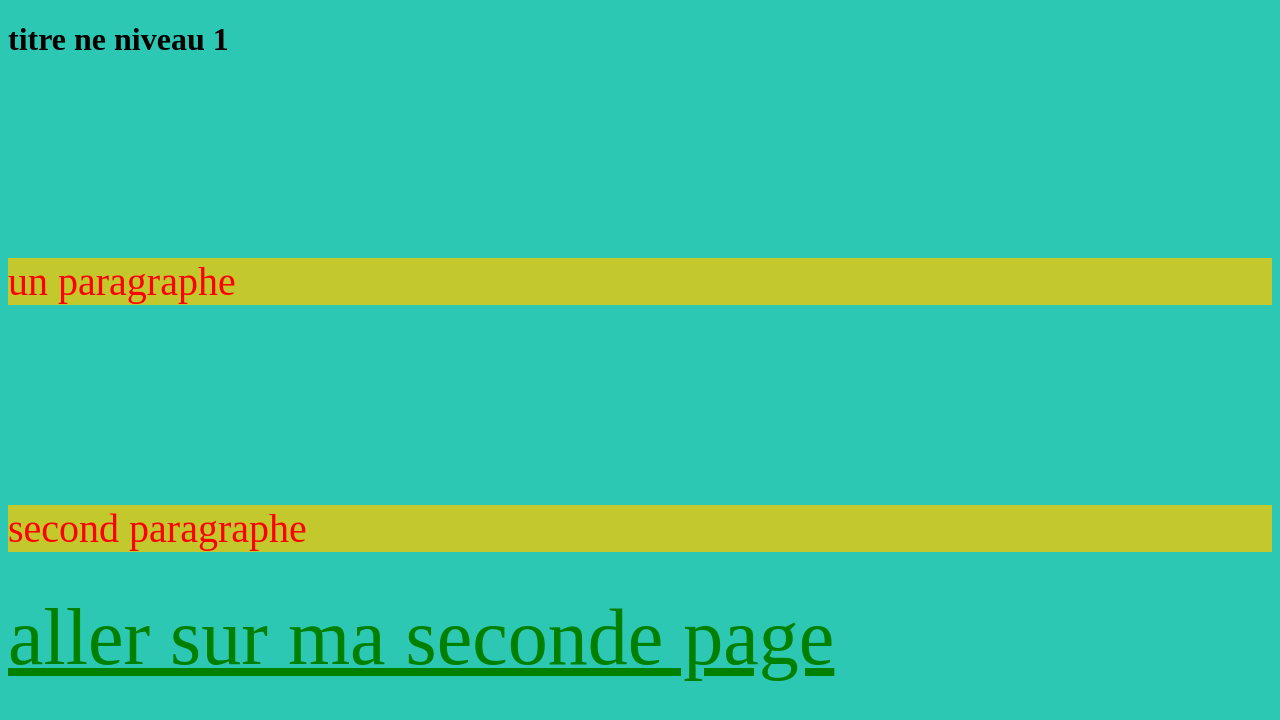
Repository: Poulpyto/fitec
Page: workspaceHtmlFlo/PremierTp_htmlCss/WebContent/htmlEtCss.html
The author's editor kept a copy of each file at every save. The page is drawn from the files as they stood at one save, then again after the next save.
The browser window is 1280 px wide. The pictures show the whole page.

Above is the page before, as saved 2017-04-03 12:47:57.

### workspaceHtmlFlo/PremierTp_htmlCss/WebContent/htmlEtCss.html
<!DOCTYPE html>
<html>
	<head>
		<meta charset="UTF-8">
		<title>HTML et CSS</title>
		<link rel="stylesheet" href="css/style.css" />
	</head>
	<body>
		<h1>titre ne niveau 1</h1>
		<p>un paragraphe</p>
		<p>second paragraphe</p>
		<a href="C:\Users\Stagiaire\Desktop\workspaceHtmlFlo\PremierTp\WebContent\NewFile.html">aller sur ma seconde page</a>
	</body>
</html>

### workspaceHtmlFlo/PremierTp_htmlCss/WebContent/css/style.css
@CHARSET "UTF-8";

body{
	background-color: #2CC8B4;
}

p{
	background-color: #C3C82C;/*couleur de fond*/
	font-family: cursive;/*type de police*/
	font-size: 40px;/*taille police*/
	color: red;/*couleur decriture*/
	margin-top: 200px;
}

a{
	color: green;
	font-size: 500%;
}

After the next save:
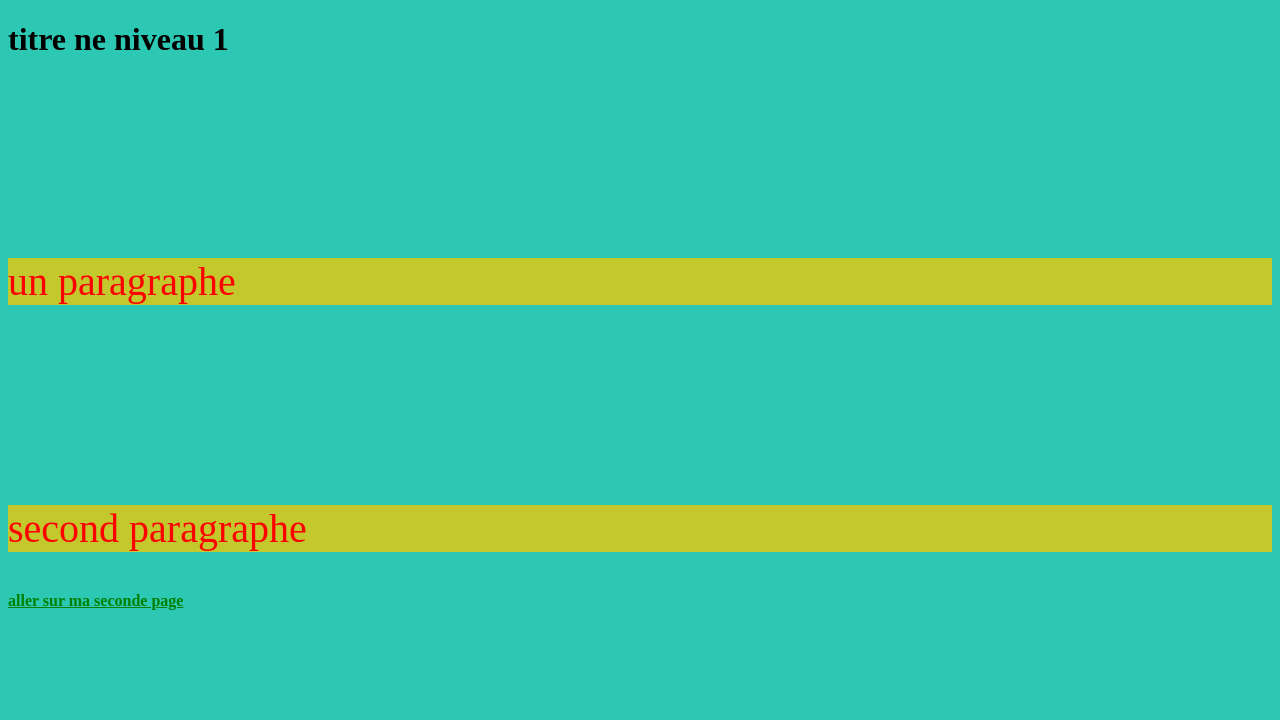
Saved 30 s later.
--- a/workspaceHtmlFlo/PremierTp_htmlCss/WebContent/css/style.css
+++ b/workspaceHtmlFlo/PremierTp_htmlCss/WebContent/css/style.css
@@ -14,5 +14,5 @@ p{
 
 a{
 	color: green;
-	font-size: 500%;
+	font-weight: bold;
 }
